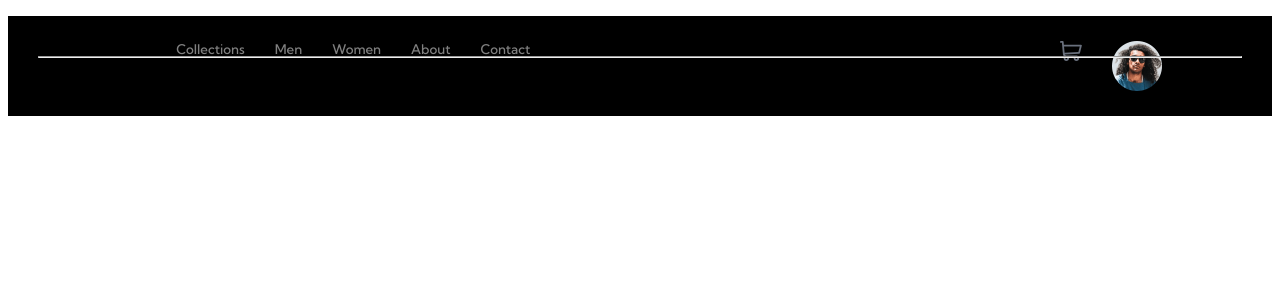
Repository: Abhi2359/frontendchallenge-2
Page: /
The author's editor kept a copy of each file at every save. The page is drawn from the files as they stood at one save, then again after a run of saves.
The browser window is 1280 px wide. The pictures show the whole page.
The project was rebuilt for these pictures with package versions that can differ from the ones it lists, and the page was loaded fresh each time.

Above is the page before, as saved 2023-02-11 00:37:10.

### src/App.js
import Navbar from "./components/Navbar/Navbar";


function App() {
  return (
    <div className="App">
     <Navbar/>

    </div>
  );
}

export default App;

### src/components/Navbar/Navbar.js
import React from "react";
import "./Navbar.css";
import { ReactComponent as Cart } from "../assets/images/icon-cart.svg";
import avatar from "../assets/images/image-avatar.png";
const Navbar = () => {
  return (
    <header className="header">

        <nav className="navbar">
          <ul>
            <h1>sneakers</h1>
            <li>
              <a href="#">Collections</a>
            </li>
            <li>
              <a href="#">Men</a>
            </li>
            <li>
              <a href="#">Women</a>
            </li>
            <li>
              <a href="#">About</a>
            </li>
            <li>
              <a href="#">Contact</a>
            </li>
            <div class="cart">
              <li>
                <Cart />
              </li>
              <li>
                <img src={avatar} alt="avatar-logo" className="avatar" />
              </li>
            </div>
          </ul>
          <div className="hr_tag">

          <hr  className="horizontal-line"/>
          </div>



        </nav>

    </header>
  );
};

export default Navbar;

### src/components/Navbar/Navbar.css
@import url('https://fonts.googleapis.com/css2?family=Kumbh+Sans:wght@500&family=Poppins:ital,wght@0,300;0,400;0,500;1,600&display=swap');


.header{
     background-color: aqua;
    height: 100px;
    margin-bottom: -30px;
}

.navigation{

   background-color: black;
}
.navbar{
    height: 100px;
    background-color: black;
}
.navbar ul{
    display: flex;
    list-style-type: none;
    font-family: 'Kumbh Sans', sans-serif;
    height: 10px;



}
.navbar ul li{
    margin-top: 25px;
    margin-left: 30px;
    font-size: smaller;
}

.navbar ul li a{
 text-decoration: none;
 color: gray;
}

 h1{
    font-weight: 600;
 }

 .avatar{
    height: 50px;
    padding-bottom: 50px;
    flex-grow: 4;
 }
.cart{
    display: flex;
    margin-left: 500px;
}
 .hr_tag{
    position: relative;
    margin: 30px;
    padding-bottom: 20px;
 }

Loaded but not shown: public/index.html (common file); src/index.js (common file)

After the next 2 saves:
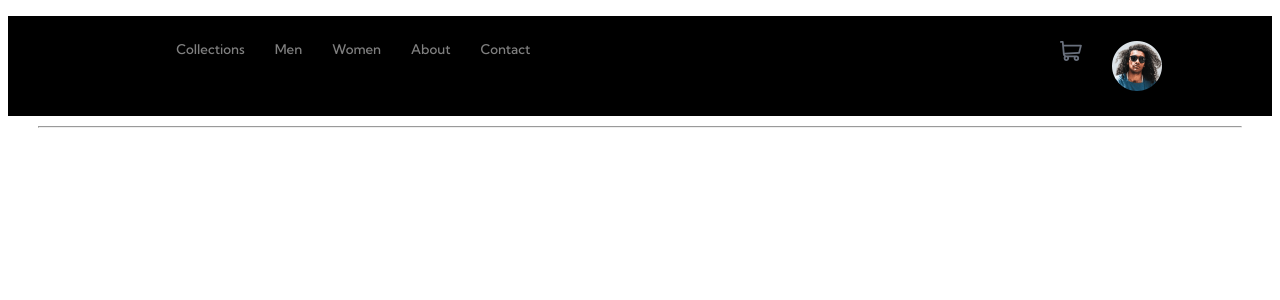
The 2 saves are shown as one change because they came seconds apart.
The last was saved 10 s later.
--- a/src/components/Navbar/Navbar.css
+++ b/src/components/Navbar/Navbar.css
@@ -19,7 +19,7 @@
     display: flex;
     list-style-type: none;
     font-family: 'Kumbh Sans', sans-serif;
-    height: 10px;
+    height: 80px;
 
 
 
